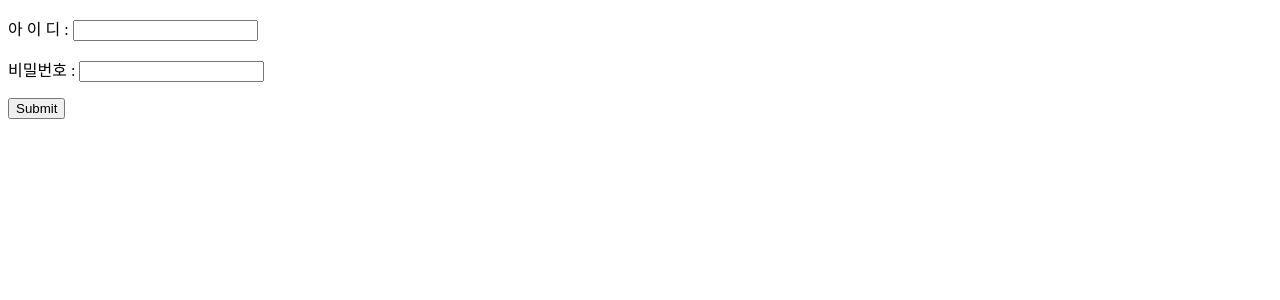
Repository: Pen-nek/Java_original
Page: http://localhost/JspBook/ch08/validation03.jsp
These files come from the project's save history. The page is drawn as it stood at one moment and after the next save; the edit follows.
The browser window is 1280 px wide. The pictures show the whole page.
The page is served by Tomcat 9. Nobody is signed in. The application's start-up code is not run. Other server files are loaded and not shown.

Above is the page before, as saved 2019-08-22 01:37:20.

### JspBook/WebContent/ch08/validation03.jsp
<%@ page language="java" contentType="text/html; charset=UTF-8"
    pageEncoding="UTF-8"%>
<!DOCTYPE html>
<html>
<head>
<meta charset="UTF-8">
<title>Validation</title>
</head>

<script type="text/javascript">
	function CheckLogin() {
		var form = document.loginForm;
		if (form.id.value == "") {
			alert("아이디를 입력해주세요.");
			form.id.focus();
			return false;
		} else if (form.passwd.value == "") {
			alert("비밀번호를 입력해주세요.");
			form.passwd.focus();
			return false;
		}
		form.submit();
	}
</script>

<body>
	<form name="loginForm" action="validation02_process.jsp" method="post">
		<p> 아 이 디 : <input type="text" name="id">
		<p> 비밀번호 : <input type="password" name="passwd">
		<p> <input type="submit" onclick="CheckForm()">
	</form>
</body>
</html>

After the next save:
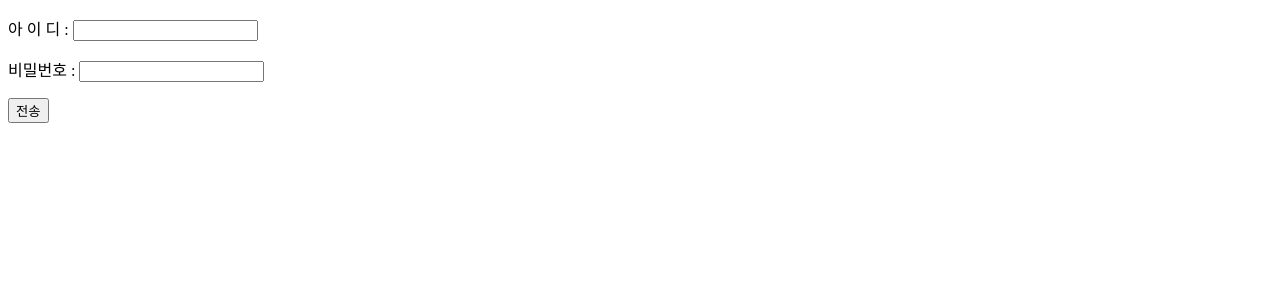
Saved 25 s later.
--- a/JspBook/WebContent/ch08/validation03.jsp
+++ b/JspBook/WebContent/ch08/validation03.jsp
@@ -27,7 +27,7 @@
 	<form name="loginForm" action="validation02_process.jsp" method="post">
 		<p> 아 이 디 : <input type="text" name="id">
 		<p> 비밀번호 : <input type="password" name="passwd">
-		<p> <input type="submit" onclick="CheckForm()">
+		<p> <input type="button" value="전송" onclick="CheckForm()">
 	</form>
 </body>
 </html>
